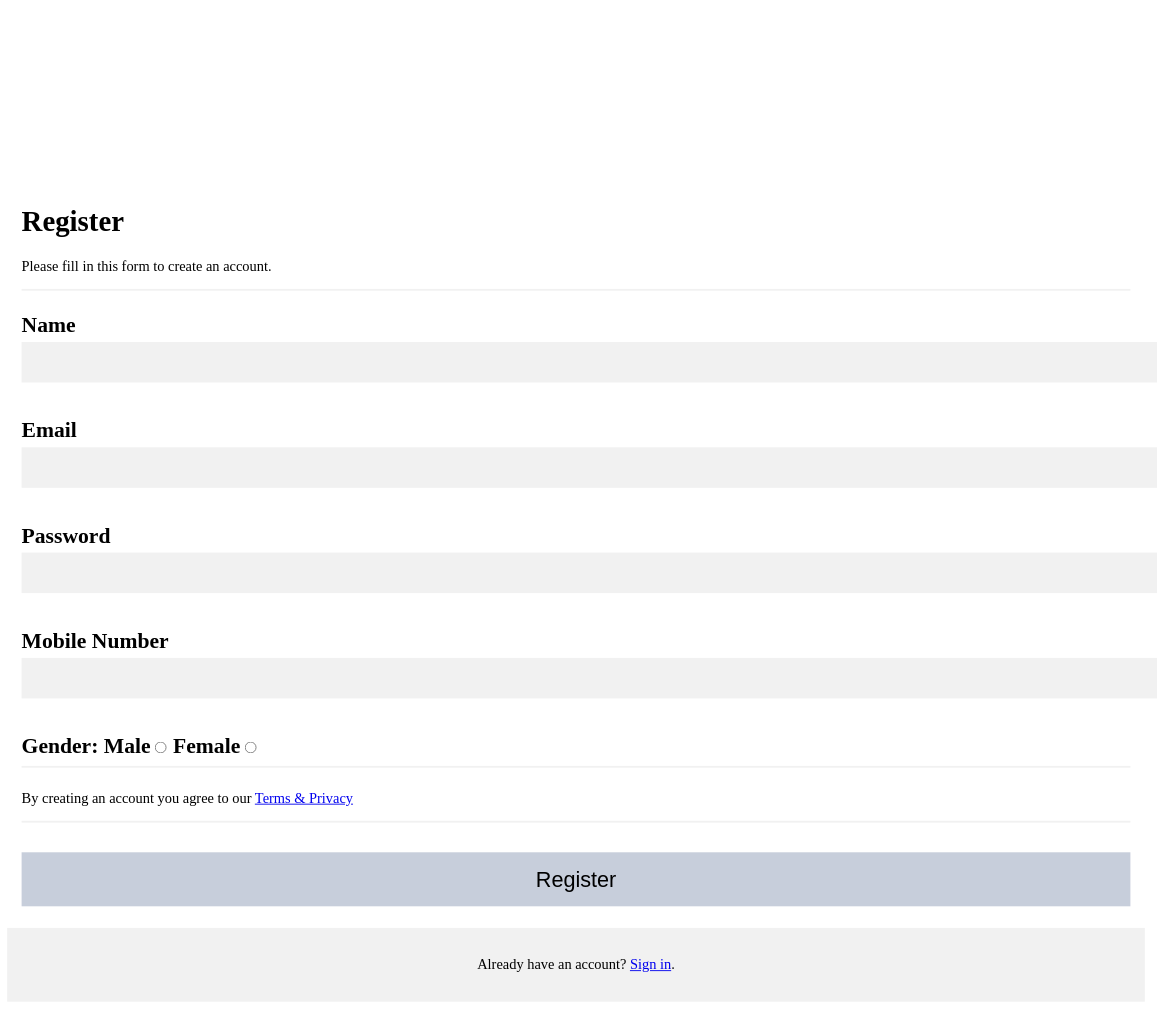
Repository: pavani122/Ecommerce
Page: http://localhost/Ecommerce/WEB-INF/view/register.jsp
An editor plug-in stored every save of this project. The page is shown before and after a run of saves, followed by the edit.
The browser window is 1280 px wide. The page is 1286 px wide, so the pictures cover 1286 px, including what lies to the right of the window. The pictures show the whole page, at 90% of full size.
The page is served by Tomcat 9. Nobody is signed in. Other server files are loaded and not shown. The template is opened directly, without the code that normally fills it, so the values that code supplies are empty.

Above is the page before, as saved 2022-09-02 06:26:29.

### Ecommerce/src/main/webapp/WEB-INF/view/register.jsp
<%@ page language="java" contentType="text/html; charset=ISO-8859-1"
    pageEncoding="ISO-8859-1"%>
<%@ taglib prefix="form" uri="http://www.springframework.org/tags/form" %>
<%@page isELIgnored="false" %>



<!DOCTYPE html>
<html>
<head>
<meta charset="ISO-8859-1">
<title>register</title>
</head>
<style>
.register{
text-align: center;
}
.container {
  padding: 16px;
  background-color: white;
}
hr {
  border: 1px solid #f1f1f1;
  margin-bottom: 25px;
}
input[type=text], input[type=password] {
  width: 100%;
  padding: 15px;
  margin: 5px 0 22px 0;
  display: inline-block;
  border: none;
  background: #f1f1f1;

}
input[type=text]:focus, input[type=password]:focus {
  background-color: #ddd;
  outline: none;
}
input[type=submit]
{
border: none;
padding: 15px;
text-align: center;
background-color: #c7cedb;
  color: Black;
  font-size:x-large;
  padding: 16px 20px;
  margin: 8px 0;
  border: none;
  cursor: pointer;
  width: 100%;
}

#fields{
font-size: x-large;
text-align: left;
}
.signin {
  background-color: #f1f1f1;
  text-align: center;
}
</style>
<body>
<h1>
${message }<br><br>
${notRegistered }<br><br></h1>


<form:form action="registered" modelAttribute="person">
<div class="container">
<h1>Register</h1>
    <p>Please fill in this form to create an account.</p>
    <hr>
<label id="fields"><b>Name</b></label><form:input path="name"/>
<b><form:errors path="name"></form:errors><br></b>
<label id="fields"><b>Email</b></label><form:input path="email"/>
<b><form:errors path="email"></form:errors><br></b>
<label id="fields"><b>Password</b></label><form:password path="password"/>
<b><form:errors path="password"></form:errors><br></b>
<label id="fields"><b>Mobile Number</b></label><form:input path="number"/>
<b><form:errors path="password"></form:errors><br></b>
<label id="fields"><b>Gender: </b></label>
<label id="fields"><b>Male</b></label><form:radiobutton path="gender" value="male"/>
<label id="fields"><b>Female</b></label><form:radiobutton path="gender" value="female"/>
<br><hr>
 <p>By creating an account you agree to our <a href="#">Terms & Privacy</a></p>
 <hr>
<input type="submit" value="Register">
</div>

 <div class="container signin">
    <p>Already have an account? <a href="/Ecommerce/login">Sign in</a>.</p>
  </div>
</form:form>


</body>
</html>

After the next 2 saves:
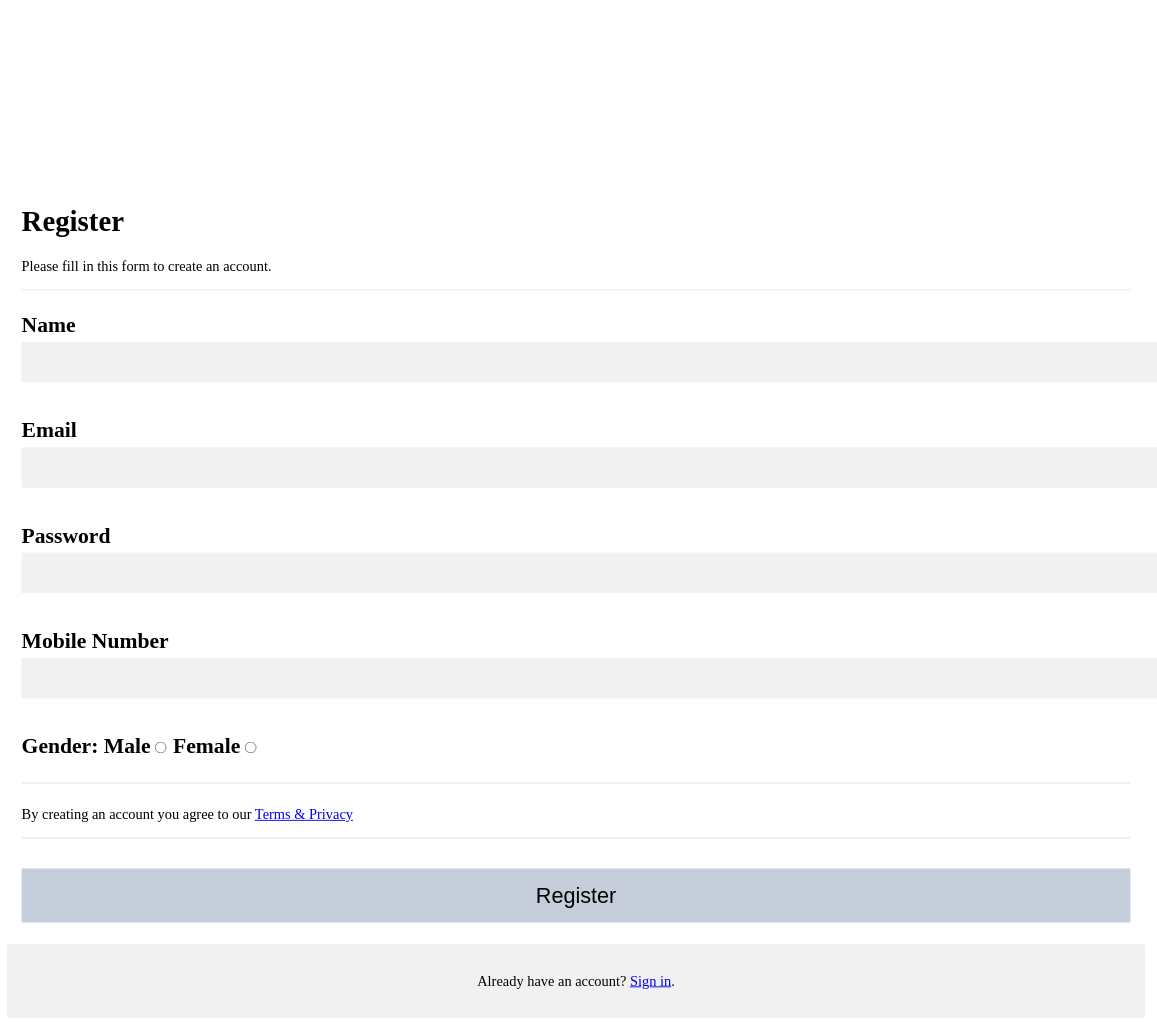
The 2 saves are shown as one change because they came seconds apart.
The last was saved 9 s later.
--- a/Ecommerce/src/main/webapp/WEB-INF/view/register.jsp
+++ b/Ecommerce/src/main/webapp/WEB-INF/view/register.jsp
@@ -82,6 +82,7 @@ ${notRegistered }<br><br></h1>
 <label id="fields"><b>Gender: </b></label>
 <label id="fields"><b>Male</b></label><form:radiobutton path="gender" value="male"/>
 <label id="fields"><b>Female</b></label><form:radiobutton path="gender" value="female"/>
+<b><form:errors path="password"></form:errors><br></b>
 <br><hr>
  <p>By creating an account you agree to our <a href="#">Terms & Privacy</a></p>
  <hr>
